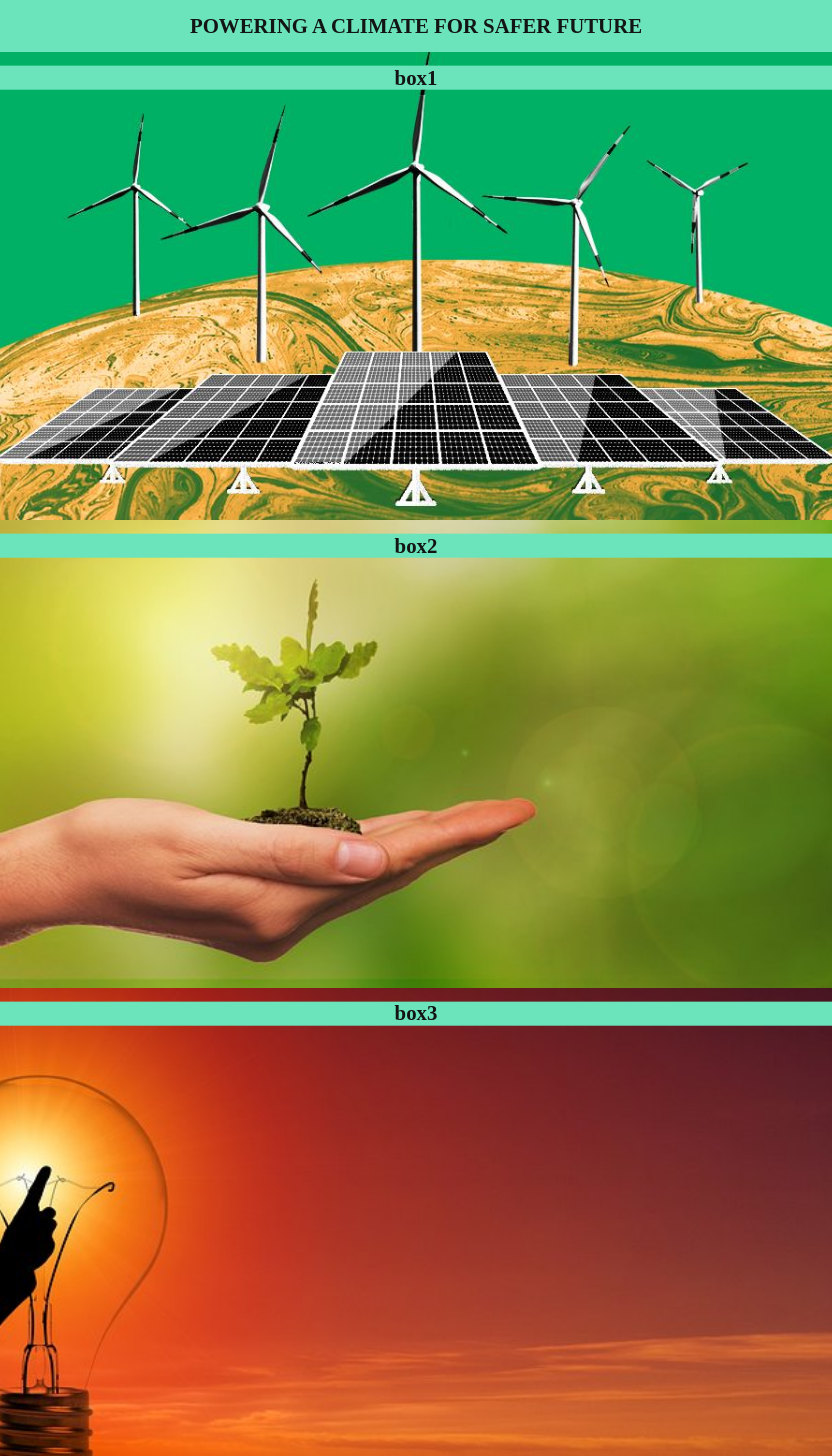
Repository: NavinDayanithi/static-web-design-competition
Page: index.html
These files come from the project's save history. The page is drawn as it stood at one moment and after a run of saves; the edit follows.
The browser window is 1280 px wide. The pictures show the whole page, at 65% of full size.
Backgrounds fixed to the window are drawn as part of the page.

Above is the page before, as saved 2023-04-28 19:43:38.

After the next 4 saves:
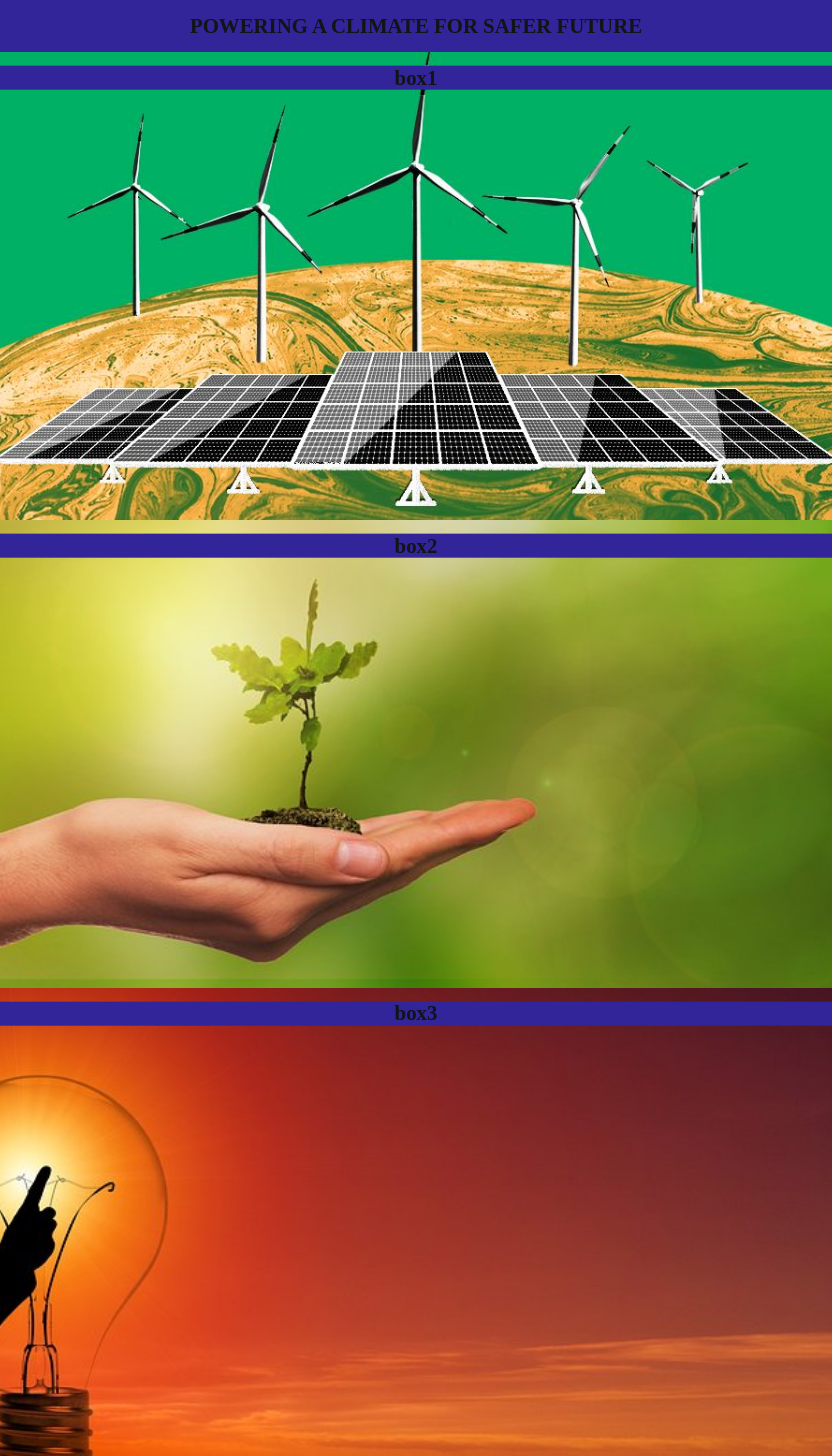
The 4 saves are shown as one change because they came seconds apart.
The last was saved 13 s later.
--- a/styles.css
+++ b/styles.css
@@ -1,5 +1,5 @@
 *{
-    background-color: rgb(107, 228, 188);
+    background-color: rgb(49, 37, 153);
 }
 h1
 {
